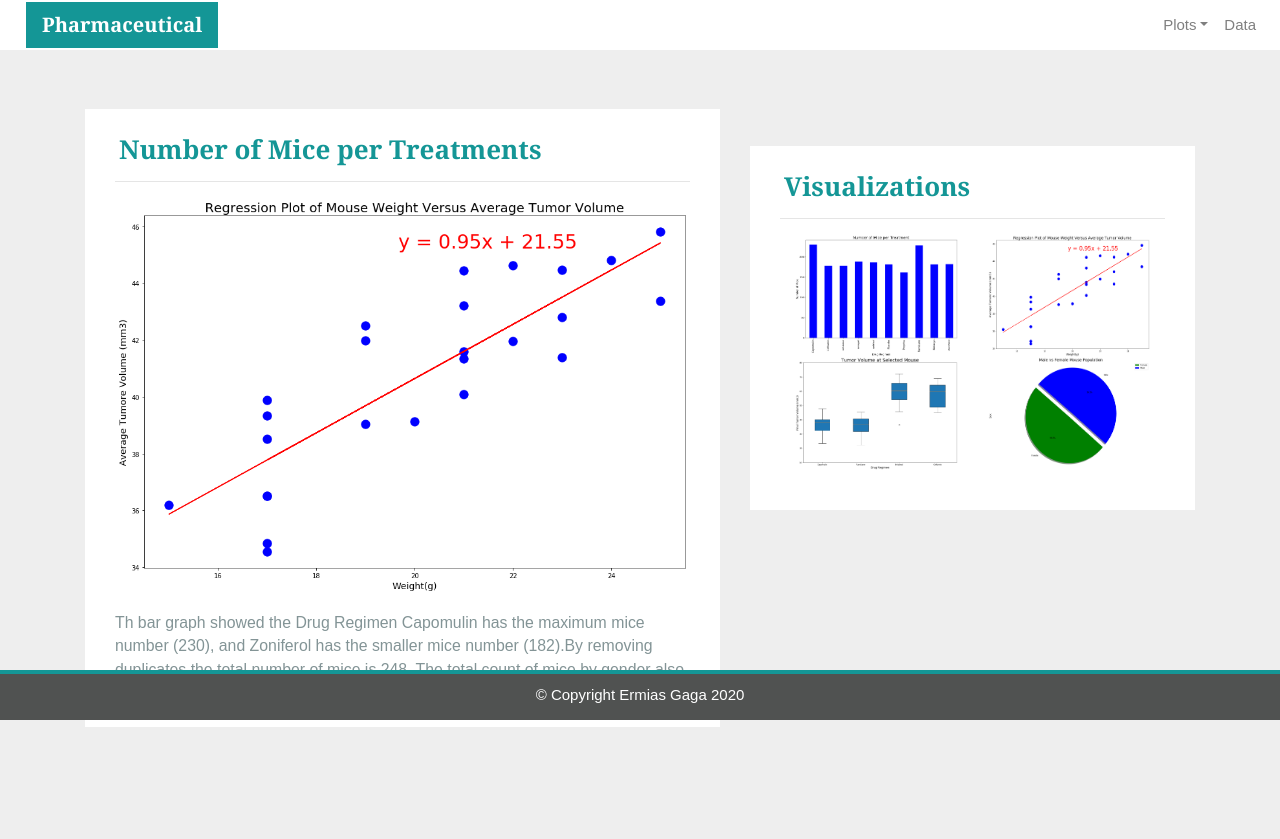
Repository: ermiasgelaye/ermiasgelaye.github.io
Page: Matplotlib-Challenge/Pan_mice_per_treat.html
These files come from the project's save history. The page is drawn as it stood at one moment and after the next save; the edit follows.
The browser window is 1280 px wide. The pictures show the whole page.
Some web libraries are served in a nearby version.

Above is the page before, as saved 2020-08-03 00:20:20.

After the next save:
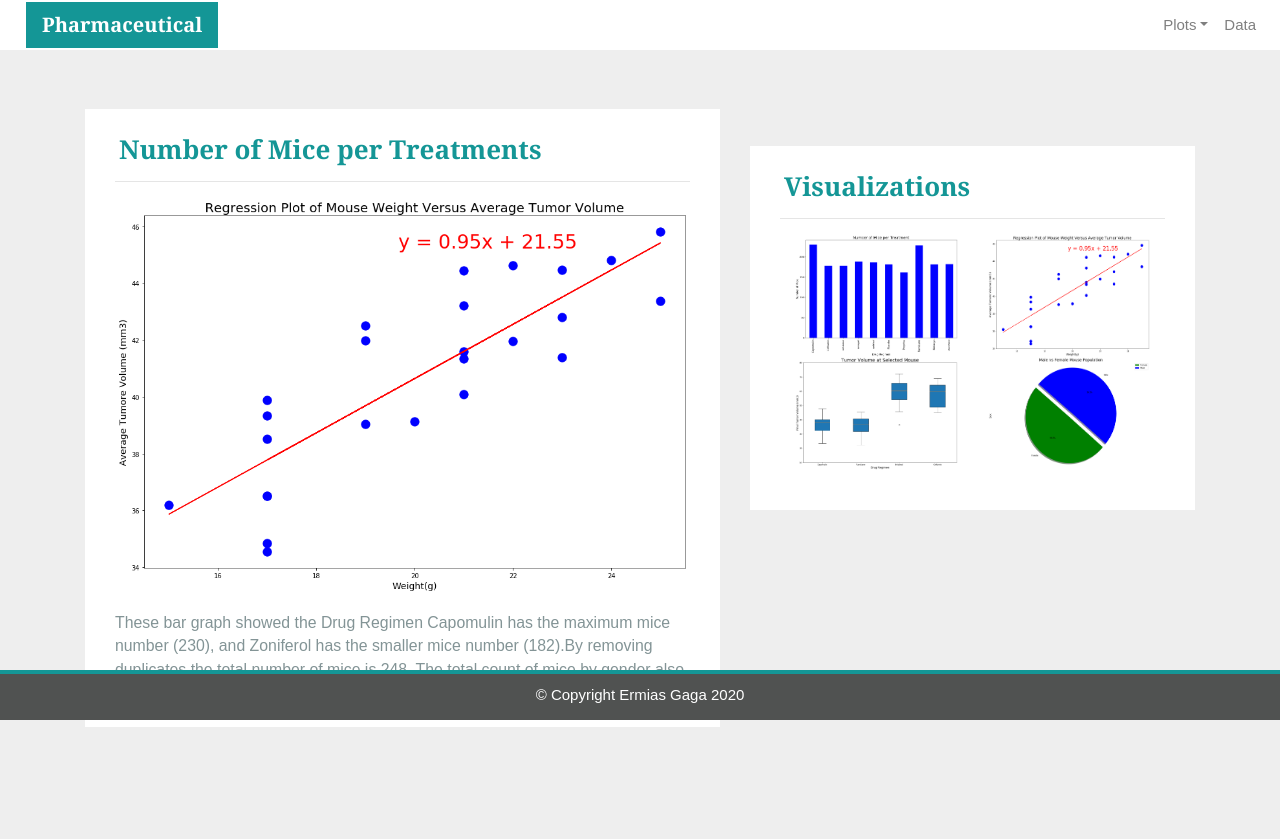
Saved 4 s later.
--- a/Matplotlib-Challenge/Pan_mice_per_treat.html
+++ b/Matplotlib-Challenge/Pan_mice_per_treat.html
@@ -58,7 +58,7 @@
             <hr>
             <img src="Resources/assets/images/linear_regression.png"
               alt="Regreression Plot Mouse Weight Vs. Averaje Tumor Volume">
-            <p>Th bar graph showed the Drug Regimen Capomulin has the maximum mice number (230), and Zoniferol has the smaller mice
+            <p>These bar graph showed the Drug Regimen Capomulin has the maximum mice number (230), and Zoniferol has the smaller mice
             number (182).By removing duplicates the total number of mice is 248. The total count of mice by gender also showed that
             124 female mice and 125 male mice.</p>
           </div>
